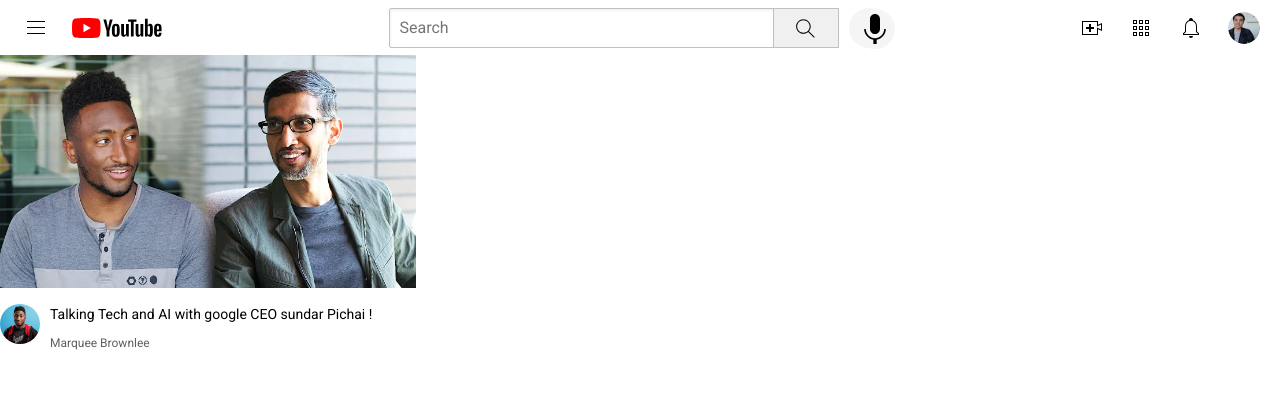
Repository: knowledgeAlan/html-css-thirteen
Page: youtube.html
These files come from the project's save history. The page is drawn as it stood at one moment and after the next save; the edit follows.
The browser window is 1280 px wide. The pictures show the whole page.

Above is the page before, as saved 2024-03-19 17:19:25.

### youtube.html
<!DOCTYPE html>
<html>

<head>
    <title>Youtube.com Clone</title>

    <link rel="preconnect" href="https://fonts.googleapis.com">
    <link rel="preconnect" href="https://fonts.gstatic.com" crossorigin>
    <link href="https://fonts.googleapis.com/css2?family=Roboto:wght@400;500;700&display=swap" rel="stylesheet">

    <link rel="stylesheet" href="styles/general.css">
    <link rel="stylesheet" href="styles/header.css">
    <link rel="stylesheet" href="styles/video.css">

    <body>


        <div class="header">


            <div class="left-section">

                <img class="hamburger-menu" src="icons/hamburger-menu.svg">
                <img class="youtube-logo" src="icons/youtube-logo.svg">

            </div>

            <div class="middle-section">
                <input class="search-bar" type="text" placeholder="Search">

                <button class="search-button">
                    <img class="search-icon" src="icons/search.svg">
                </button>

                <button class="voice-search-button">
                       <img class="voice-search-button" src="icons/voice-search-icon.svg" >
                </button>
            </div>

            <div class="right-section">
                <img class="upload-icon" src="icons/upload.svg">
                <img class="youtube-apps-icon" src="icons/youtube-apps.svg">
                <img class="notifications-icon" src="icons/notifications.svg">
                <img class="current-user-picture" src="channel-pictures/my-channel.jpeg">

            </div>

        </div>

        <div class="video-grid">

            <div class="video-preview">

                <div class="thumbnail-row">
                    <img class="thumbnail" src="thumbnails/thumbnail-1.webp">
                </div>

                <div class="video-info-grid">

                    <div class="channel-picture">
                        <img class="profile-picture" src="channel-pictures/channel-1.jpeg">
                    </div>

                    <div class="video-info">
                        <p class="video-title">
                            Talking Tech and AI with google CEO sundar Pichai !

                        </p>

                        <p class="video-author">
                            Marquee Brownlee
                        </p>

                    </div>
                </div>
            </div>

        </div>



    </body>
</head>
</html>

### styles/general.css
p{
    font-family: Roboto,Arial;
    margin-top: 0;
    margin-bottom: 0;
}

body{
    margin: 0;
}

### styles/header.css
.header {
    height: 55px;
    display: flex;
    flex-direction: row;
    justify-content: space-between;


}


.left-section {

    display: flex;
    align-items: center;
}

.hamburger-menu {

    height: 24px;
    margin-left: 24px;
    margin-right: 24px;
}


.youtube-logo {
    height: 20px ;
}

.middle-section {
    flex: 1;
    margin-left: 70px;
    margin-right:  35px;
    max-width: 500px;
    display: flex;
    align-items: center;
}

.search-bar{
    flex: 1;
    height: 36px;
    padding-left: 10px;
    font-size: 16px;
    border-width: 1px;
    border-style: solid;
    border-color: rgb(192, 192, 192);
    border-radius: 2px;
    box-shadow: inset 1px 2px 3px rgba(0, 0, 0, 0.05);
    width: 0;

}



.search-bar::placeholder {
    font-family: Roboto,Arial;
    font-size: 16px;
}


.search-button{
    height: 40px;
    width: 66px;
    background-color: rgb(240, 240, 240);
    border-width: 1px;
    border-style: solid;
    border-color: rgb(192, 192, 192);
    margin-left: -1px;
    margin-right: 10px;
}


.search-icon {
    height: 25px;
    margin-top: 4px;
}


.voice-search-button{
    height: 40px;
    width: 40px;
    border-radius: 20px;
    border: none;
    background-color: rgb(245, 245, 245);
}


.video-search-icon {
    height: 24px;
    width: 40px;
    border-radius: 20px;
    border: none;
    background-color: rgb(245, 245, 245);
}

.right-section {
    width: 180px;
    margin-right: 20px;
    display: flex;
    align-items: center;
    justify-content: space-between;
    flex-shrink: 0;

}

.upload-icon {
    height: 24px;
}

.youtube-apps-icon{
    height: 24px;
}


.notifications-icon {
    height: 24px;
}

.current-user-picture {
    height: 32px;
    border-radius: 16px ;
}

### styles/video.css
.thumbnail{
    width: 100%;
}

.video-title {
    margin-top: 0;
    font-size: 14px;
    font-weight: 500px ;
    line-height: 20px;
    margin-bottom: 12px;
}


.video-info-grid {
    display: grid;
    grid-template-columns: 50px 1fr;
}


.profile-picture{
    width: 40px;
    border-radius: 50px;
}


.thumbnail-row {
    margin-bottom: 12px;
}

.video-author,.video-stats {
    font-size: 12px;
    color: rgb(96, 96, 96);
}

.video-author {
    margin-bottom: 4px;
}

.video-grid{
    display: grid;
    grid-template-columns: 1fr 1fr 1fr;
    column-gap: 16px;
    row-gap: 40px;
}

After the next save:
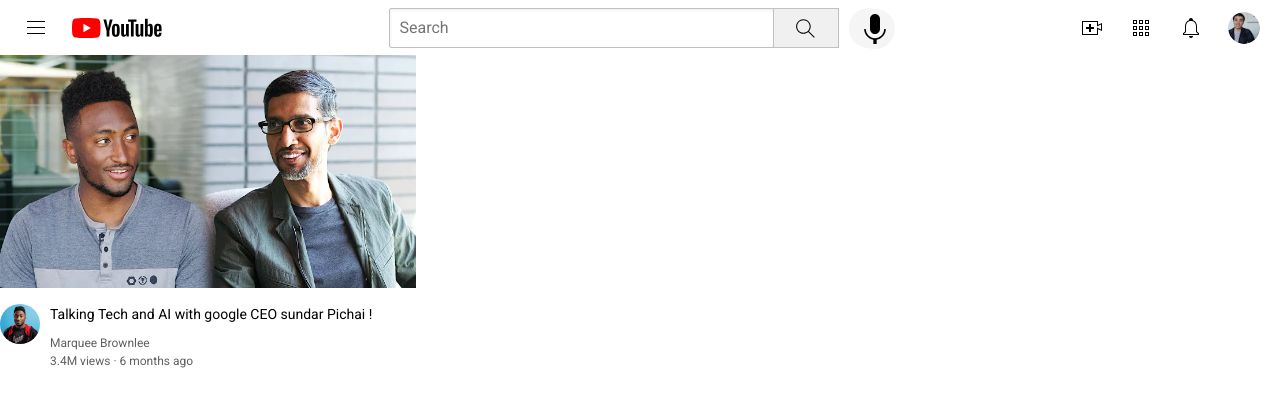
Saved 26 s later.
--- a/youtube.html
+++ b/youtube.html
@@ -71,6 +71,10 @@
                             Marquee Brownlee
                         </p>
 
+                        <p class="video-stats">
+                            3.4M views &#183; 6 months ago
+                        </p>
+
                     </div>
                 </div>
             </div>
